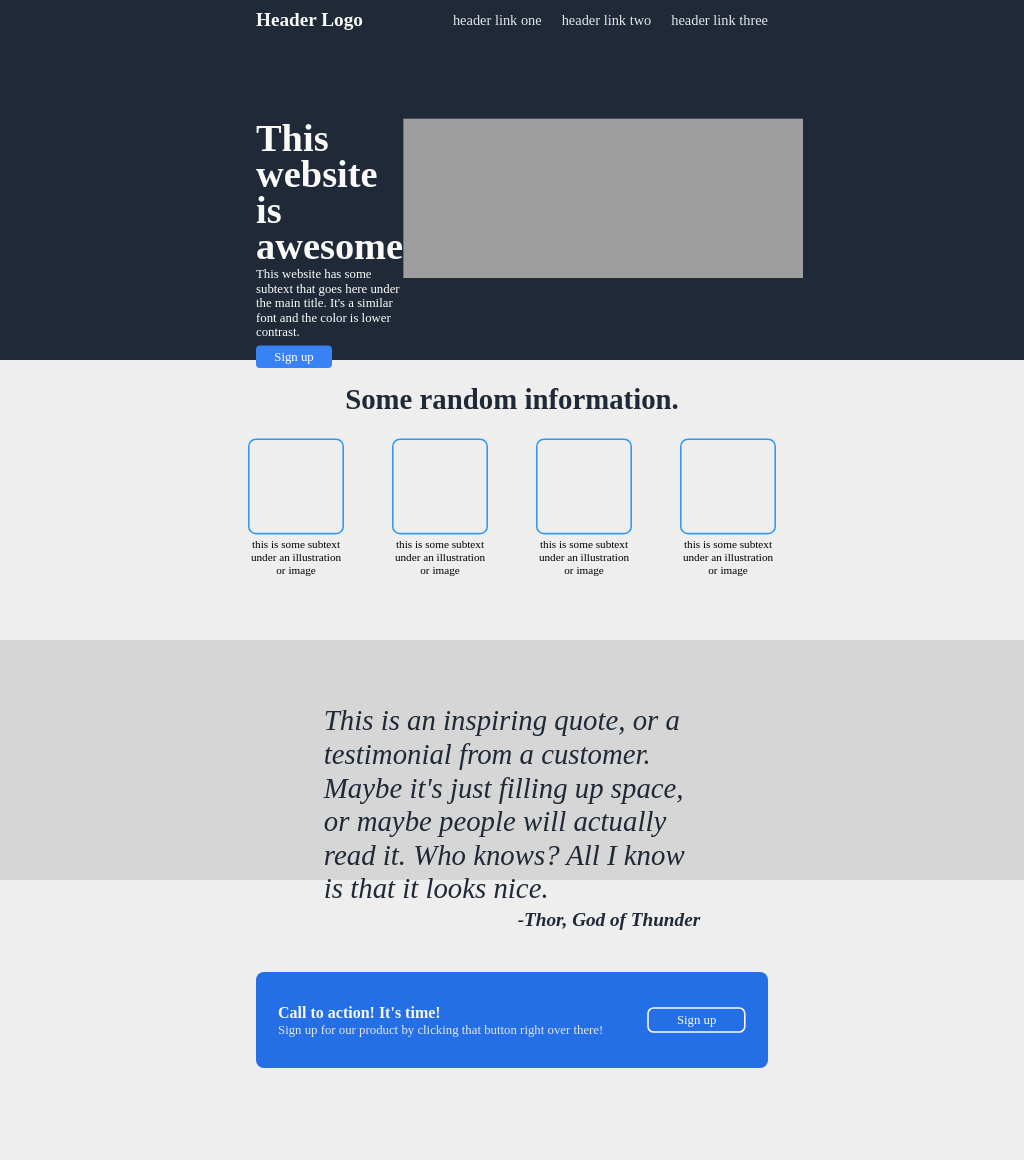
Repository: Pafestivo/Dummy-Landing-Page
Page: index.html
The author's editor kept a copy of each file at every save. The page is drawn from the files as they stood at one save, then again after the next save.
The browser window is 1280 px wide. The pictures show the whole page, at 80% of full size.
Pictures or frames that could not be fetched are drawn as grey boxes.

Above is the page before, as saved 2022-09-26 19:43:31.

After the next save:
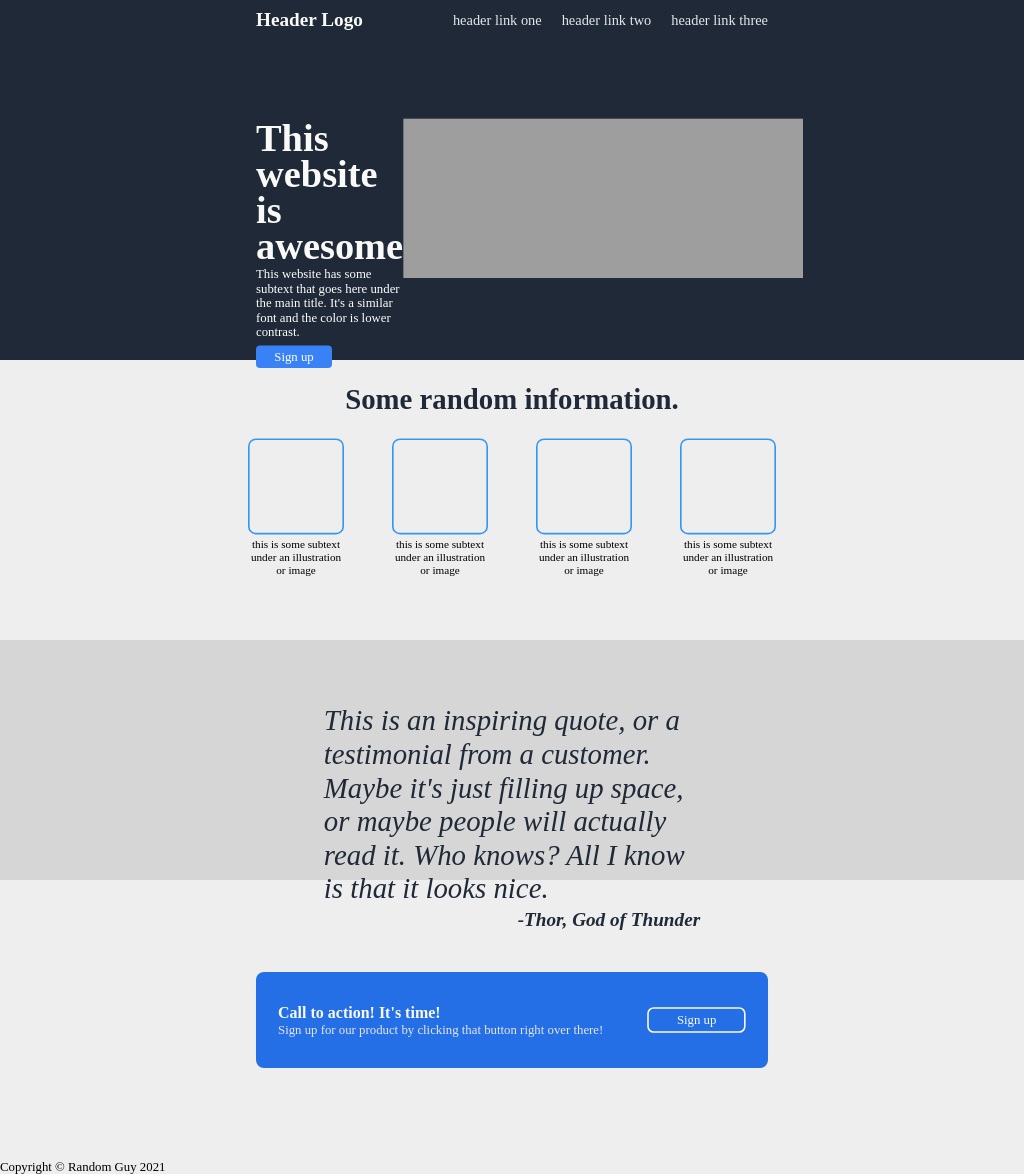
Saved 6 min 31 s later.
--- a/index.html
+++ b/index.html
@@ -91,7 +91,7 @@
         </section> <!-- /fourth -->
 
         <footer>
-
+            <p>Copyright &copy Random Guy 2021</p>
         </footer>
     </main>
 </body>
